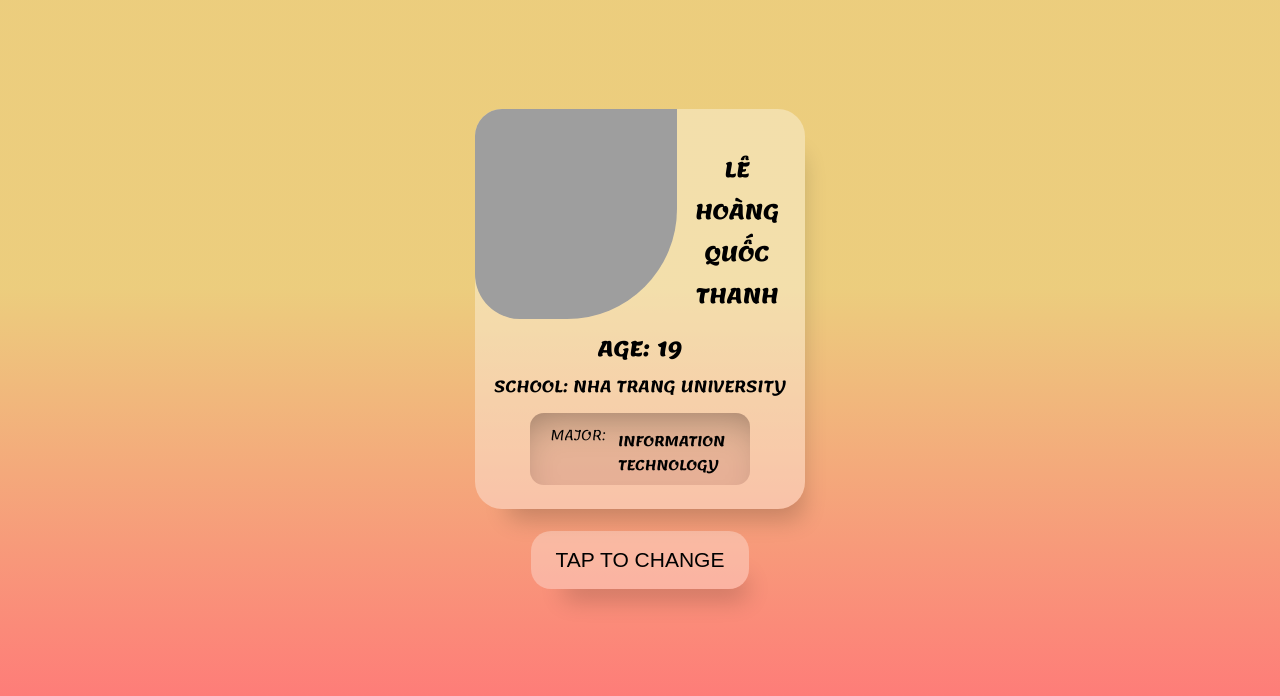
Repository: ThanhThn/profile
Page: index.html
These files come from the project's save history. The page is drawn as it stood at one moment and after the next save; the edit follows.
The browser window is 1280 px wide. The pictures show the whole page.
Pictures or frames that could not be fetched are drawn as grey boxes. Some web fonts or font styles are not loaded; a fallback is used. Some web libraries are served in a nearby version.

Above is the page before, as saved 2022-12-09 22:56:33.

After the next save:
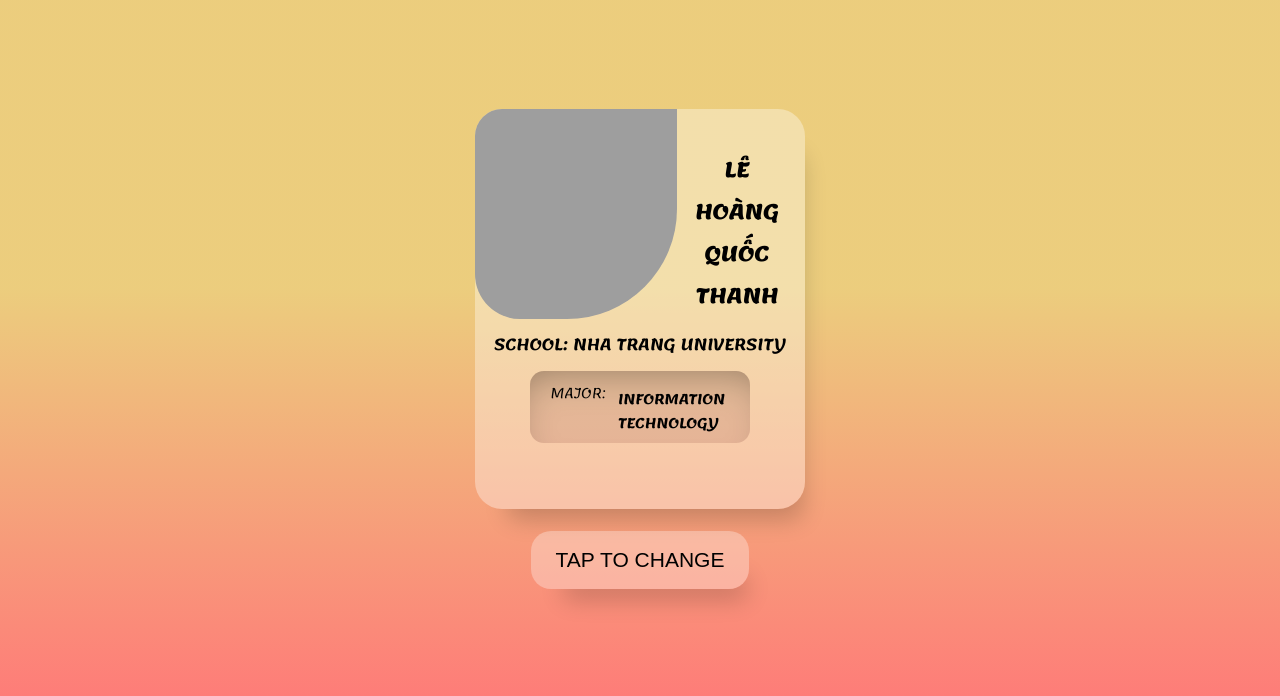
Console error: SyntaxError: Unexpected token '<'
Saved 5 min 40 s later.
--- a/index.html
+++ b/index.html
@@ -1,7 +1,7 @@
 <!DOCTYPE html>
 <html lang="en">
 <head>
-    <script src="https://kit.fontawesome.com/a076d05399.js" crossorigin="anonymous"></script>
+    <script src="https://kit.fontawesome.com/1e9820e74f.js" crossorigin="anonymous"></script>
     <meta charset="UTF-8">
     <meta http-equiv="X-UA-Compatible" content="IE=edge">
     <meta name="viewport" content="width=device-width, initial-scale=1.0">
@@ -39,7 +39,7 @@
         for(let i = 0; i < text.length; i++){
             text[i].innerHTML = `age: ${ages}`;
         }
-    </script>
+    </>
 
   <!--  <script>
         const btn = document.getElementById("btn");

After the 3 saves that followed:
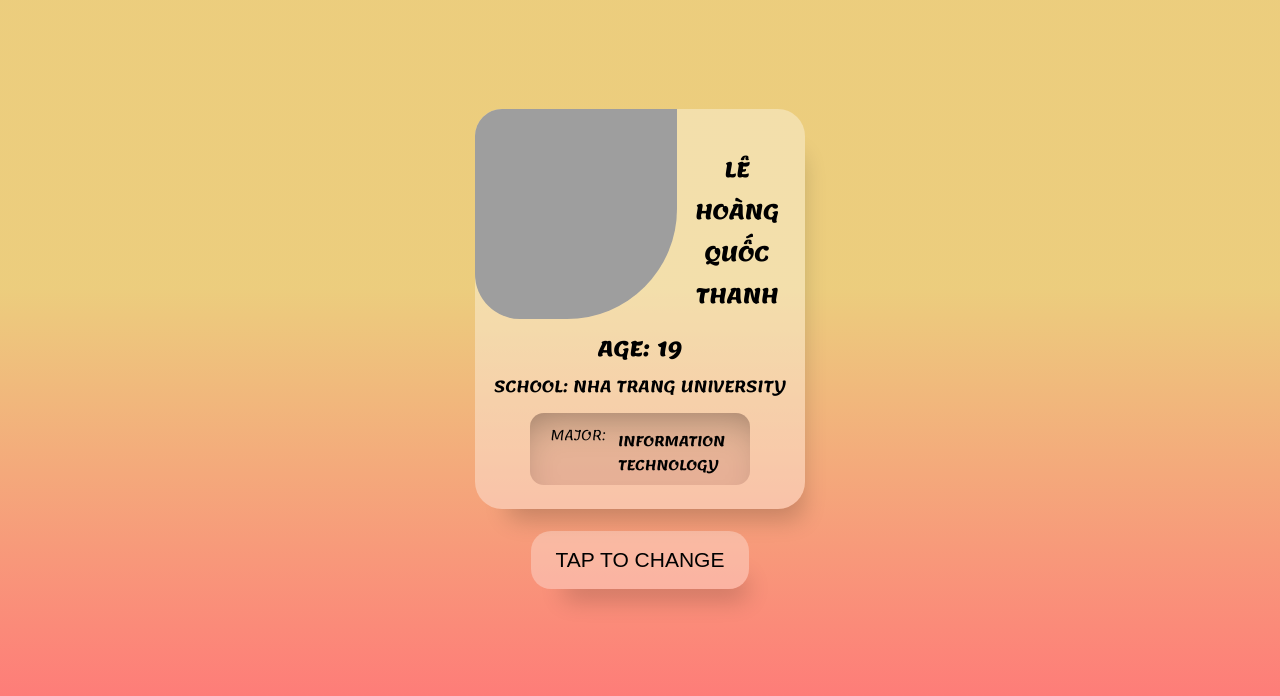
The error is gone.
The 3 saves are shown as one change because 2 left the picture as it was.
The last was saved 2 min 2 s later.
--- a/index.html
+++ b/index.html
@@ -1,12 +1,12 @@
 <!DOCTYPE html>
 <html lang="en">
 <head>
-    <script src="https://kit.fontawesome.com/1e9820e74f.js" crossorigin="anonymous"></script>
     <meta charset="UTF-8">
     <meta http-equiv="X-UA-Compatible" content="IE=edge">
     <meta name="viewport" content="width=device-width, initial-scale=1.0">
     <title>Document</title>
     <link rel="stylesheet" href="style.css">
+    <script src="https://kit.fontawesome.com/1e9820e74f.js" crossorigin="anonymous"></script>
 </head>
 <body>
     <div class="container">
@@ -39,7 +39,7 @@
         for(let i = 0; i < text.length; i++){
             text[i].innerHTML = `age: ${ages}`;
         }
-    </>
+    </script>
 
   <!--  <script>
         const btn = document.getElementById("btn");
@@ -54,7 +54,7 @@
                 }
             }
         })
-    </script>-->
+    </>-->
     <script>
         const btn = document.getElementById("btn");
         const main = document.getElementsByClassName("content");
